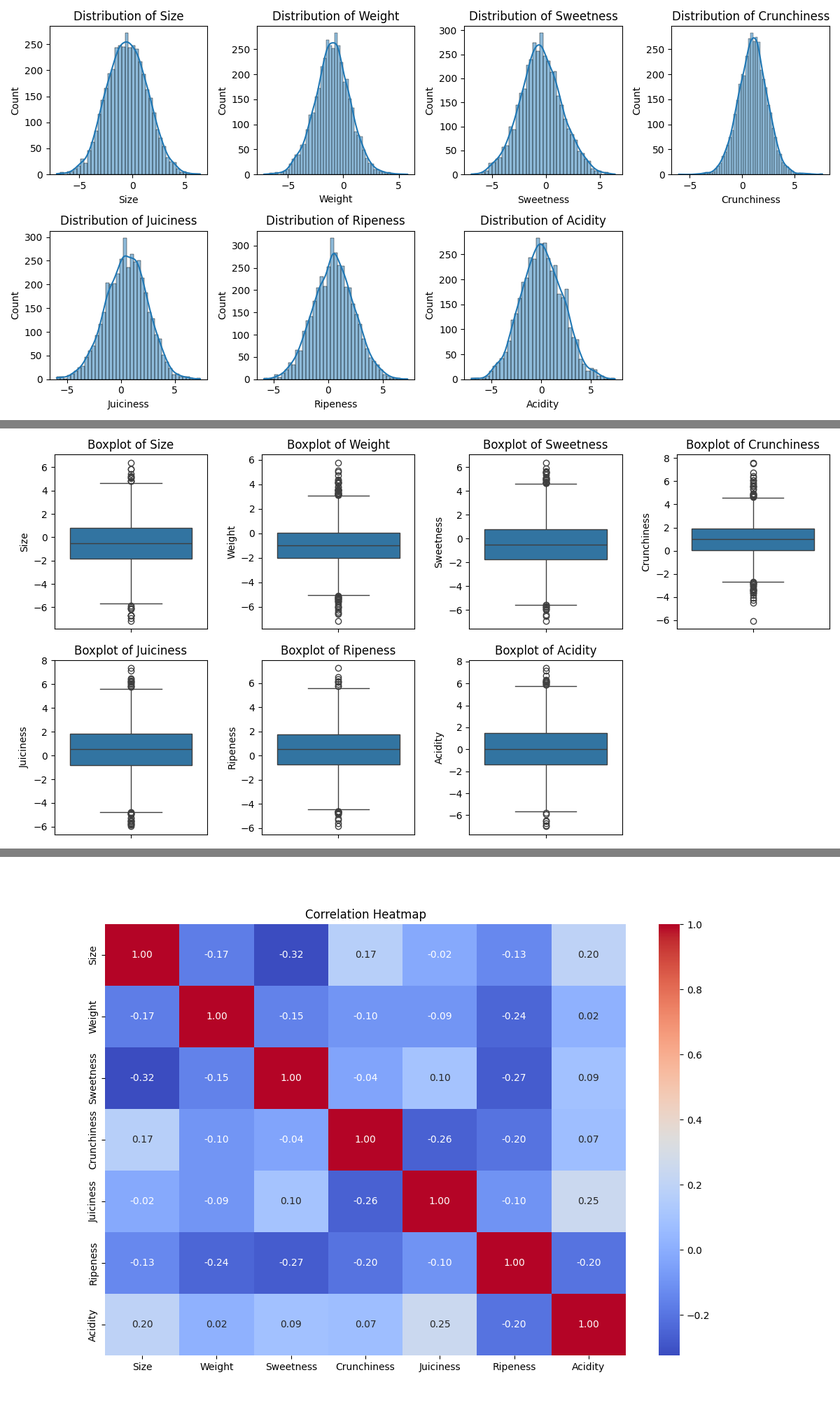
Repository: sjetti5555/GenAi
Script's output: python Training/AllDomains/appleQualitycopy1.py
The author's editor kept a copy of each file at every save. The script's output is drawn from the files as they stood at one save, then again after the next save.
The pictures are shown at 70% of full size.
Each picture stacks the figures in order, with grey between them; figures that are only written to a file come last. Random numbers start from a fixed seed.

Above is the script's output before, as saved 2024-10-26 10:50:18.

### Training/AllDomains/appleQualitycopy1.py
import pandas as pd
import matplotlib.pyplot as plt
import seaborn as sns
from sklearn.model_selection import train_test_split
from sklearn.ensemble import RandomForestRegressor
from sklearn.metrics import mean_squared_error, r2_score
import numpy as np

# Load the dataset
file_path = r'C:\Users\srira\OneDrive\Desktop\Gen_AI\Training\AllDomains\apple_quality.csv' # Update this path
data = pd.read_csv(file_path)

# Display the first few rows of the dataset
print("First few rows of the dataset:")
print(data.head())

print(data.info())

# Display basic statistics
print("\nBasic statistics:")
print(data.describe())

# Check for missing values
print("\nMissing values in each column:")
print(data.isnull().sum())

# Visualize distributions of specific numeric features
features_of_interest = ['Size', 'Weight', 'Sweetness', 'Crunchiness', 'Juiciness', 'Ripeness', 'Acidity']
numeric_data = data[features_of_interest]

plt.figure(figsize=(12, 6))
for i, column in enumerate(numeric_data.columns):
    plt.subplot(2, (len(numeric_data.columns) + 1) // 2, i + 1)
    sns.histplot(numeric_data[column], kde=True)
    plt.title(f'Distribution of {column}')
plt.tight_layout()
plt.show()

# Draw boxplots for outliers
plt.figure(figsize=(12, 6))
for i, column in enumerate(numeric_data.columns):
    plt.subplot(2, (len(numeric_data.columns) + 1) // 2, i + 1)
    sns.boxplot(y=numeric_data[column])
    plt.title(f'Boxplot of {column}')
plt.tight_layout()
plt.show()

# Correlation heatmap
correlation_matrix = numeric_data.corr()
plt.figure(figsize=(12, 8))
sns.heatmap(correlation_matrix, annot=True, fmt=".2f", cmap='coolwarm')
plt.title('Correlation Heatmap')
plt.show()

Loaded but not shown: Training/AllDomains/apple_quality.csv (4001 lines, source omitted)

After the next save:
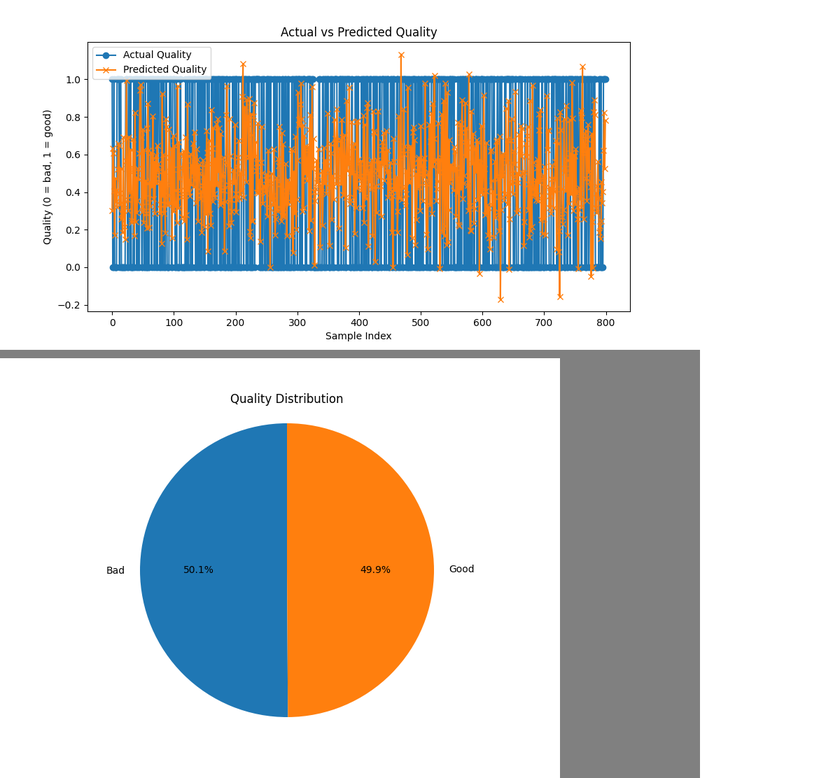
Saved 55 min 29 s later.
--- a/Training/AllDomains/appleQualitycopy1.py
+++ b/Training/AllDomains/appleQualitycopy1.py
@@ -2,7 +2,7 @@ import pandas as pd
 import matplotlib.pyplot as plt
 import seaborn as sns
 from sklearn.model_selection import train_test_split
-from sklearn.ensemble import RandomForestRegressor
+from sklearn.linear_model import LinearRegression
 from sklearn.metrics import mean_squared_error, r2_score
 import numpy as np
 
@@ -24,30 +24,44 @@ print(data.describe())
 print("\nMissing values in each column:")
 print(data.isnull().sum())
 
-# Visualize distributions of specific numeric features
-features_of_interest = ['Size', 'Weight', 'Sweetness', 'Crunchiness', 'Juiciness', 'Ripeness', 'Acidity']
-numeric_data = data[features_of_interest]
 
-plt.figure(figsize=(12, 6))
-for i, column in enumerate(numeric_data.columns):
-    plt.subplot(2, (len(numeric_data.columns) + 1) // 2, i + 1)
-    sns.histplot(numeric_data[column], kde=True)
-    plt.title(f'Distribution of {column}')
-plt.tight_layout()
+# Preprocess the data
+data['Quality'] = data['Quality'].map({'good': 1, 'bad': 0})  # Convert Quality to binary
+features = ['Weight', 'Sweetness', 'Crunchiness', 'Juiciness', 'Ripeness', 'Acidity']
+X = data[features]
+y = data['Quality']
+
+# Split the data into training and testing sets
+X_train, X_test, y_train, y_test = train_test_split(X, y, test_size=0.2, random_state=42)
+
+# Train a Linear Regression model
+model = LinearRegression()
+model.fit(X_train, y_train)
+
+# Make predictions
+y_pred = model.predict(X_test)
+
+# Evaluate the model
+mse = mean_squared_error(y_test, y_pred)
+r2 = r2_score(y_test, y_pred)
+print(f'Mean Squared Error: {mse}')
+print(f'R² Score: {r2}')
+
+# Visualize the results
+# 1. Perplexity plot (using Mean Squared Error as a proxy for perplexity)
+plt.figure(figsize=(10, 5))
+plt.plot(y_test.reset_index(drop=True), label='Actual Quality', marker='o')
+plt.plot(y_pred, label='Predicted Quality', marker='x')
+plt.title('Actual vs Predicted Quality')
+plt.xlabel('Sample Index')
+plt.ylabel('Quality (0 = bad, 1 = good)')
+plt.legend()
 plt.show()
 
-# Draw boxplots for outliers
-plt.figure(figsize=(12, 6))
-for i, column in enumerate(numeric_data.columns):
-    plt.subplot(2, (len(numeric_data.columns) + 1) // 2, i + 1)
-    sns.boxplot(y=numeric_data[column])
-    plt.title(f'Boxplot of {column}')
-plt.tight_layout()
+# 2. Pie chart for quality distribution
+quality_counts = data['Quality'].value_counts()
+plt.figure(figsize=(8, 6))
+plt.pie(quality_counts, labels=['Bad', 'Good'], autopct='%1.1f%%', startangle=90)
+plt.title('Quality Distribution')
+plt.axis('equal')  # Equal aspect ratio ensures that pie chart is circular.
 plt.show()
-
-# Correlation heatmap
-correlation_matrix = numeric_data.corr()
-plt.figure(figsize=(12, 8))
-sns.heatmap(correlation_matrix, annot=True, fmt=".2f", cmap='coolwarm')
-plt.title('Correlation Heatmap')
-plt.show()
